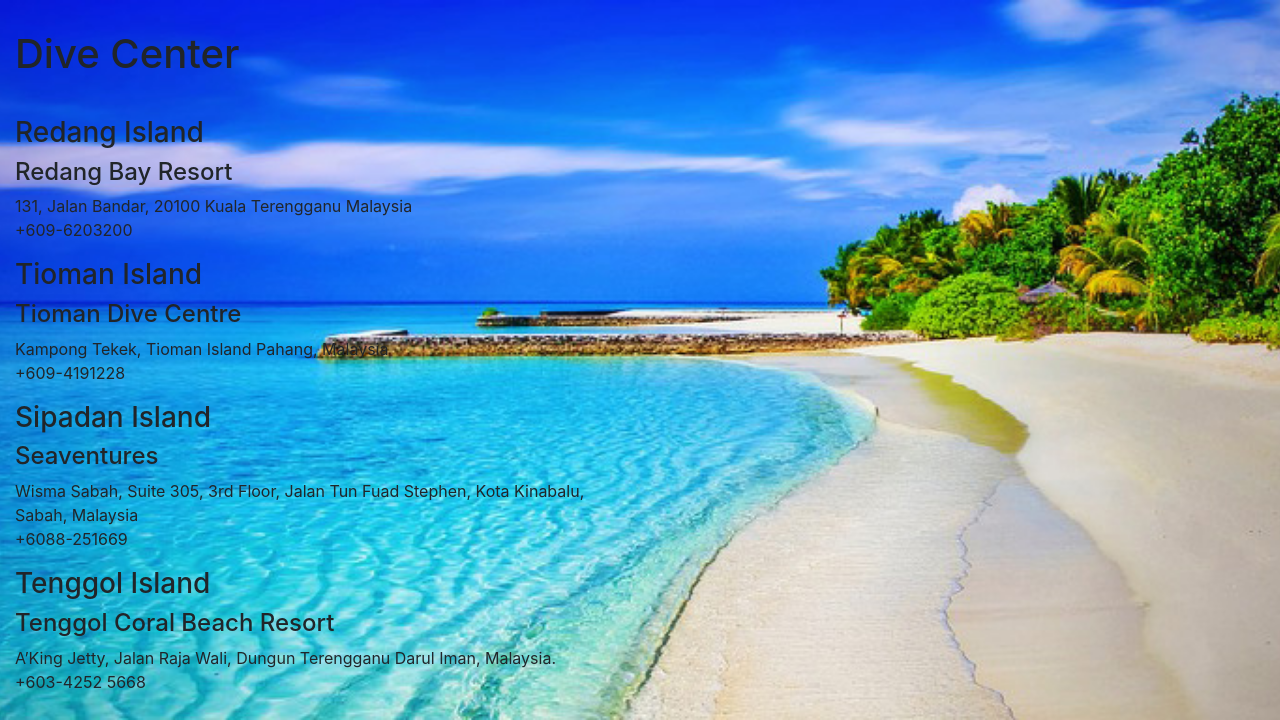
Repository: Code-Institute-Submissions/cathyann-diving.github.io
Page: divecenter.html
The author's editor kept a record of every edit. The page is drawn from the files as they stood at one moment, then again after the next edit.
The browser window is 1280 px wide. The pictures show the whole page.

Above is the page before.

After the next edit:
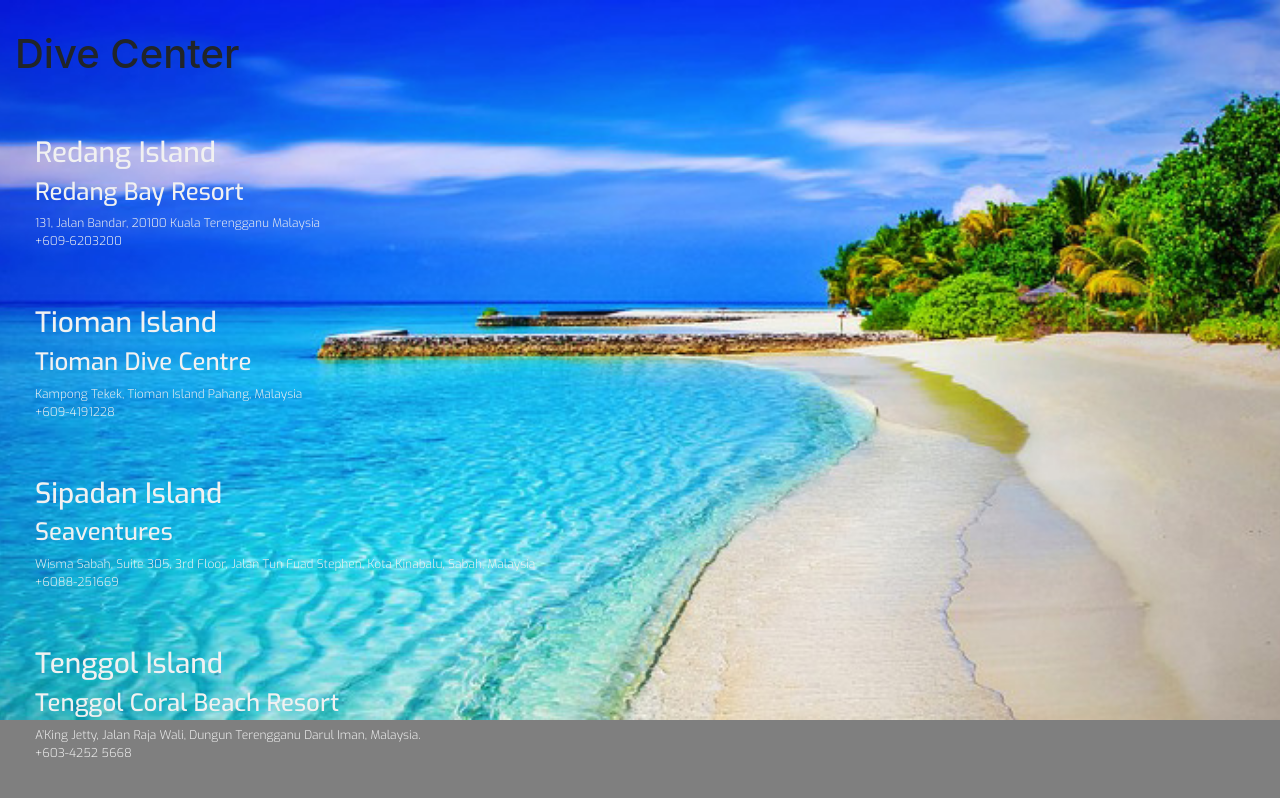
The edit:
--- a/assets/css/style.css
+++ b/assets/css/style.css
@@ -214,7 +214,7 @@
     max-width: 100%;
 }
 
-.dive-center .contents {
+.dive-center {
     background: rgb(0, 0, 0, 0.5);
     color: #f1f1f1;
     font-family: "EXO", sans-serif;
